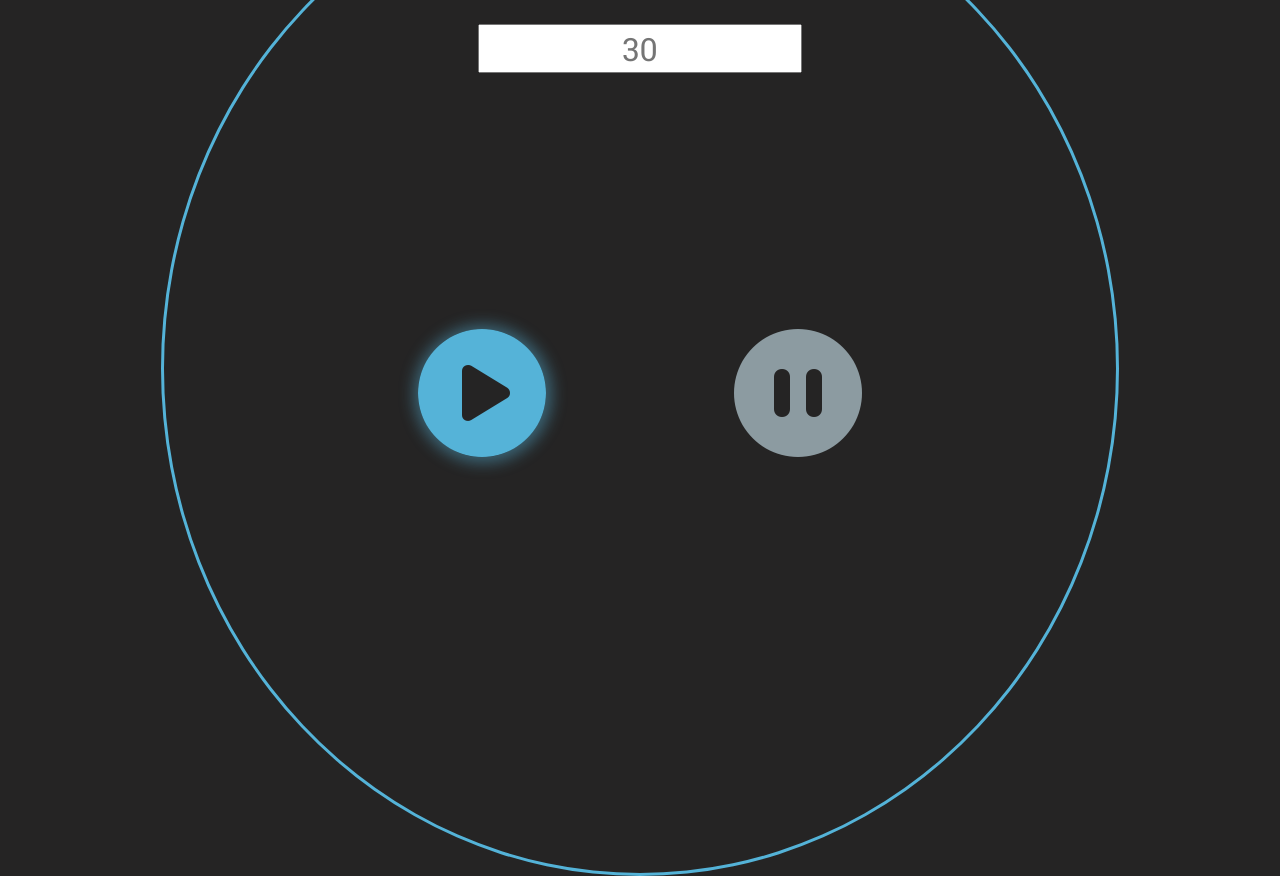
Repository: Sbethm/javascript-challenges
Page: index.html
These files come from the project's save history. The page is drawn as it stood at one moment and after a run of saves; the edit follows.
The browser window is 1280 px wide. The pictures show the whole page.
Some web libraries are served in a nearby version. The style sheet was rebuilt from its Sass, Less or Tailwind sources for each picture, by a compiler version that may differ from the author's.

Above is the page before, as saved 2021-09-17 09:55:23.

After the next 3 saves:
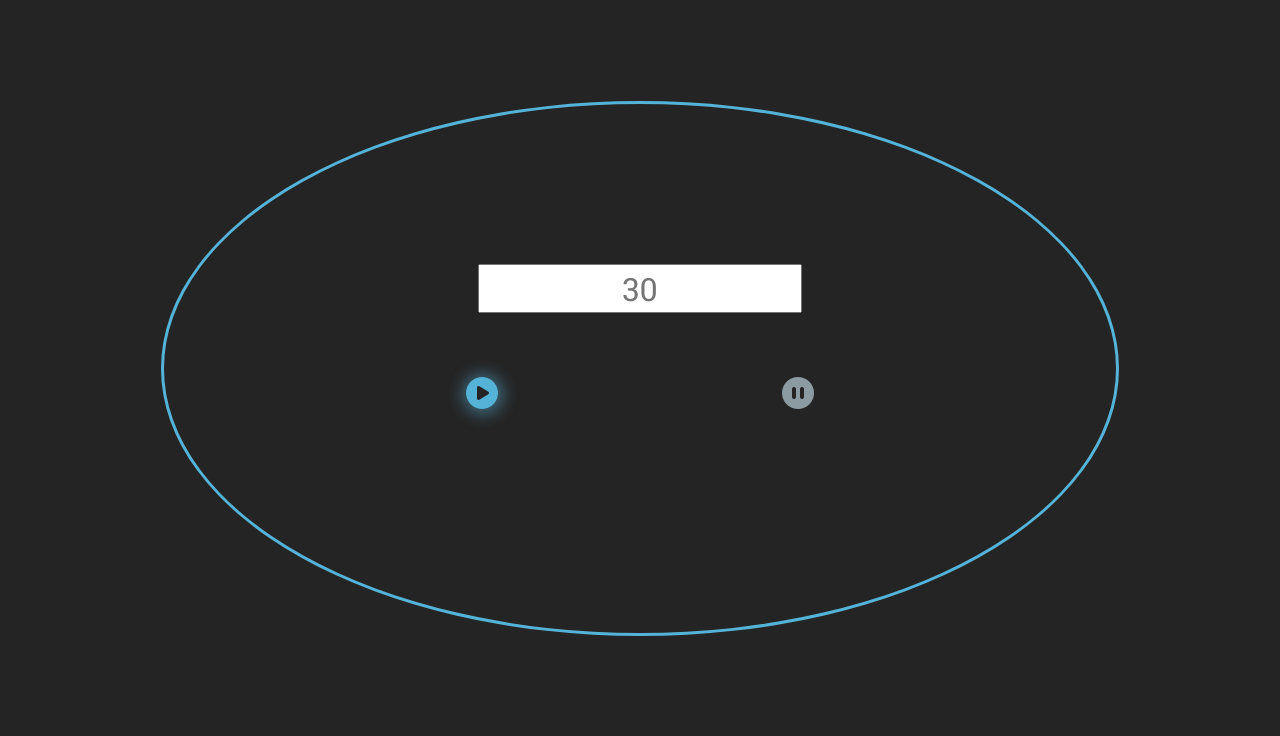
The 3 saves are shown as one change because they came seconds apart.
The last was saved 10 s later.
--- a/SCSS/main.scss
+++ b/SCSS/main.scss
@@ -36,7 +36,7 @@ input {
 
 i {
     margin: 2em auto;
-    font-size: clamp(1rem, 8rem, 9rem);
+    font-size: clamp(1rem, 2rem, 5rem);
     border-radius: 50%;
 }
 
